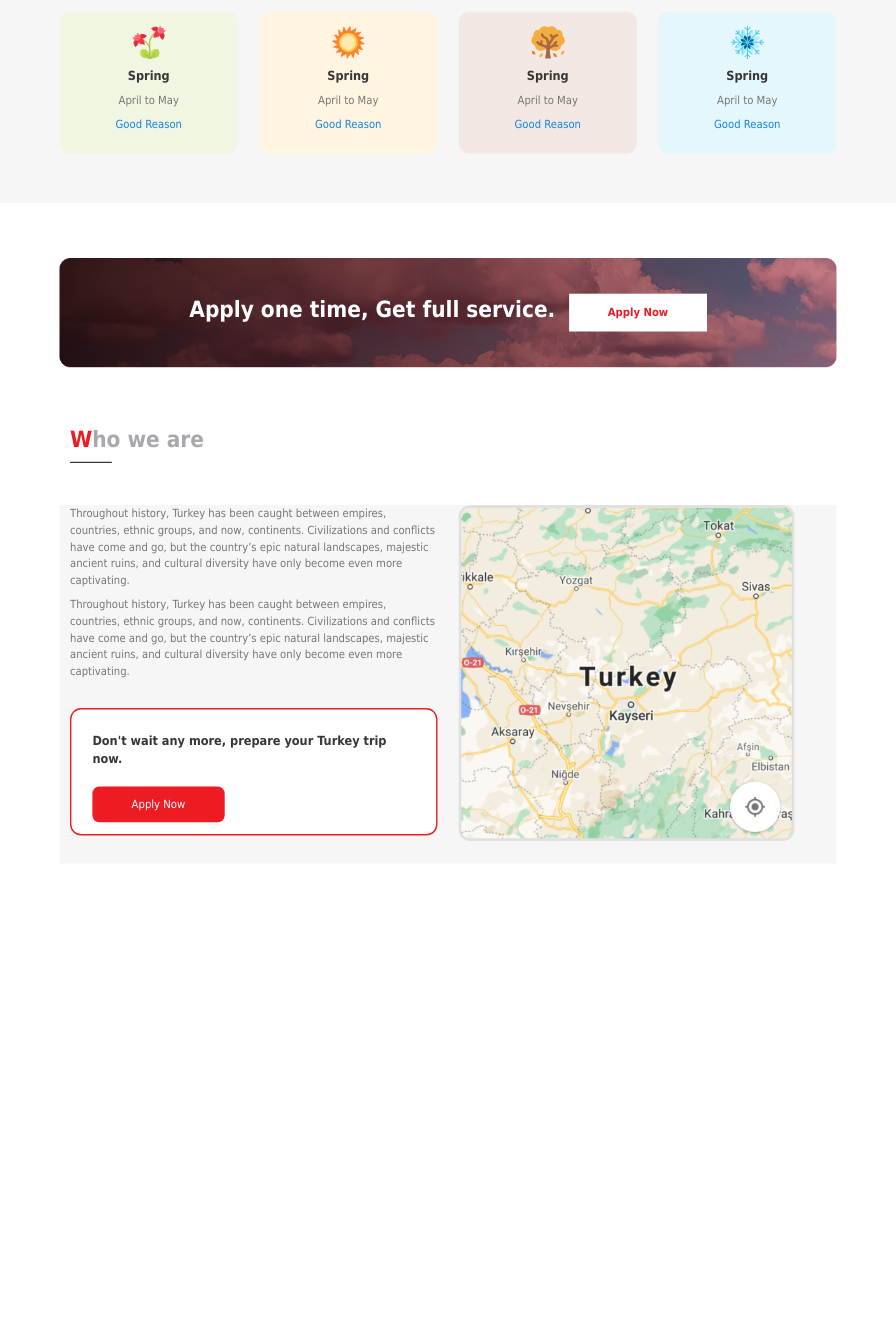
Repository: cvminhquan/turkey
Page: index.html
The author's editor kept a copy of each file at every save. The page is drawn from the files as they stood at one save, then again after the next save.
The browser window is 1280 px wide. The pictures show the part of the page from y = 3522 to 5442 px (the page is 30000 px tall), at 70% of full size.
The style sheet was rebuilt from its Sass, Less or Tailwind sources for each picture, by a compiler version that may differ from the author's.

Above is the page before, as saved 2022-09-15 23:14:09.

After the next save:
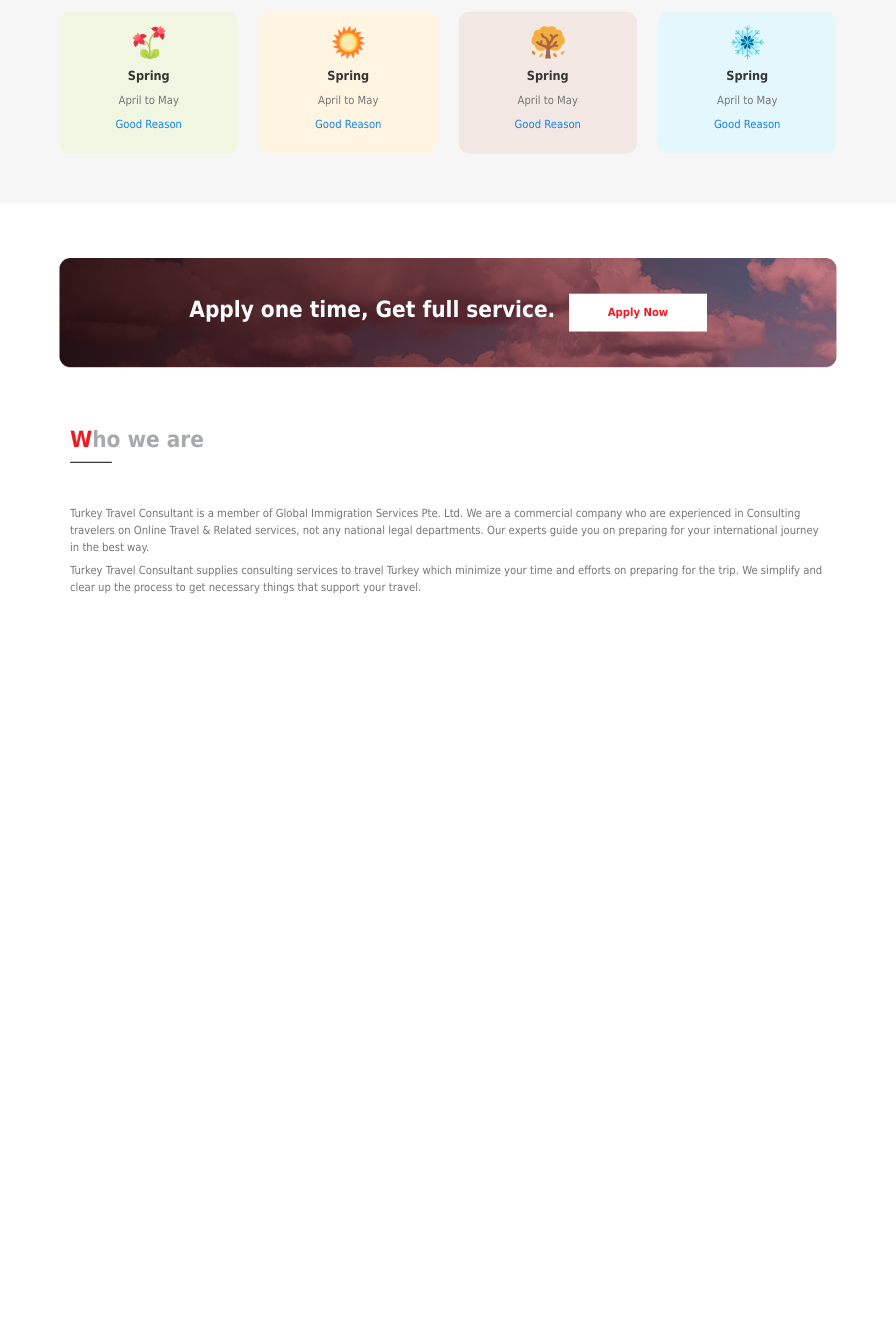
Saved 39 s later.
--- a/index.html
+++ b/index.html
@@ -251,23 +251,9 @@
                     <div id="turkeytrip">
                         <div class="container pt-7 pb-7">
                             <h2 class="title title-left">Who we are</h2>
-                            <div class="row bg-gray">
-                                <div class="col-lg-6">
-                                    <p>Throughout history, Turkey has been caught between empires, countries, ethnic groups, and now, continents. Civilizations and conflicts have come and go, but the country’s epic natural landscapes, majestic ancient ruins,
-                                        and cultural diversity have only become even more captivating.
-                                    </p>
-                                    <p class="mb-40">Throughout history, Turkey has been caught between empires, countries, ethnic groups, and now, continents. Civilizations and conflicts have come and go, but the country’s epic natural landscapes, majestic ancient ruins,
-                                        and cultural diversity have only become even more captivating.
-                                    </p>
-                                    <div class="wrapper-div p-30 mb-40">
-                                        <p class="description mb-40">Don't wait any more, prepare your Turkey trip now.</p>
-                                        <a class="button-apply mt-20" href="">Apply Now</a>
-                                    </div>
-                                </div>
-                                <div class="col-lg-6 ">
-                                    <img class="map-img" src="./images/map-1.jpg" alt="" title="">
-                                </div>
-                            </div>
+                            <p>Turkey Travel Consultant is a member of Global Immigration Services Pte. Ltd. We are a commercial company who are experienced in Consulting travelers on Online Travel & Related services, not any national legal departments.
+                                Our experts guide you on preparing for your international journey in the best way.</p>
+                            <p>Turkey Travel Consultant supplies consulting services to travel Turkey which minimize your time and efforts on preparing for the trip. We simplify and clear up the process to get necessary things that support your travel.</p>
                         </div>
                     </div>
                 </div>
